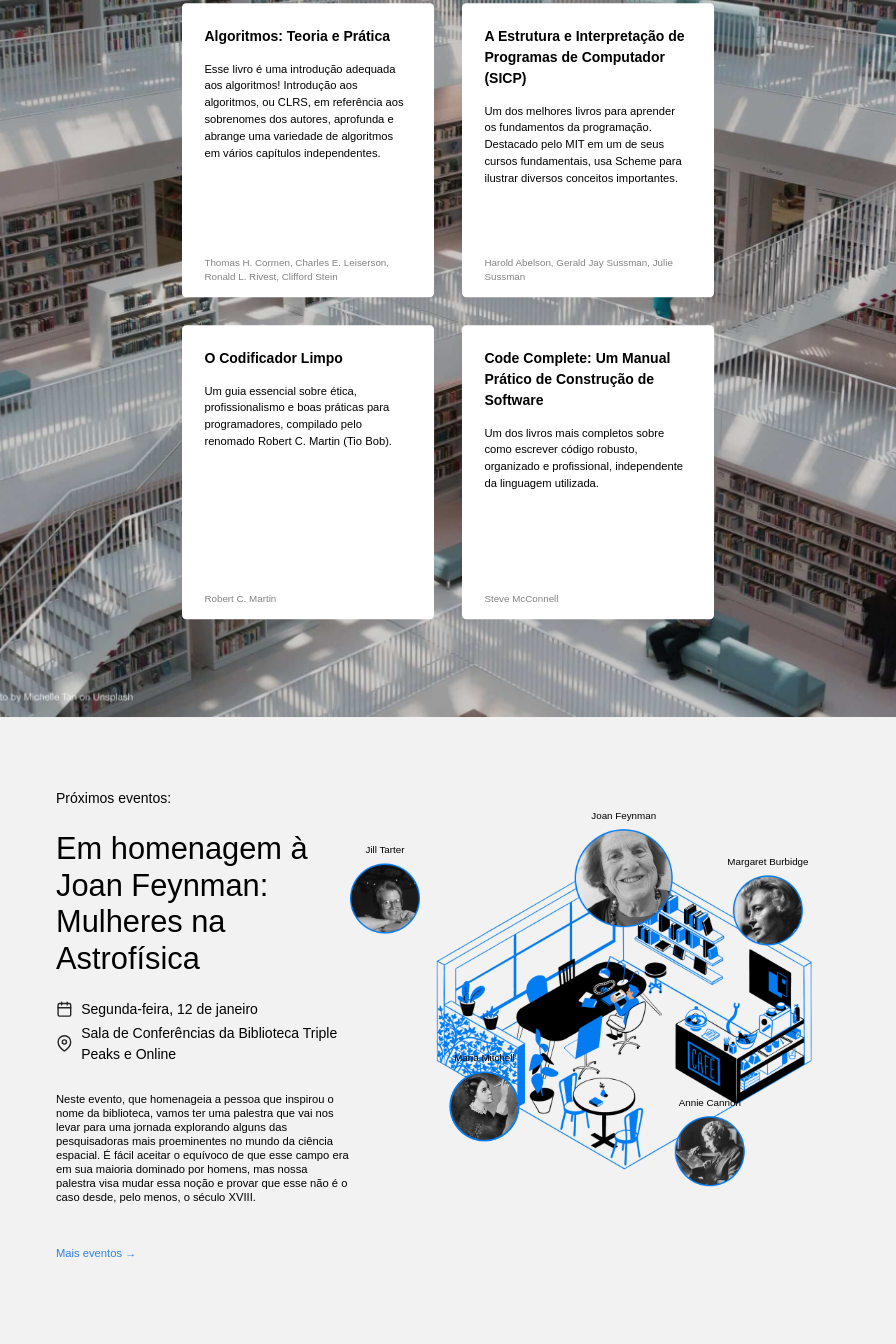
Repository: thainagomesc/web_project_library_pt
Page: index.html
These files come from the project's save history. The page is drawn as it stood at one moment and after the next save; the edit follows.
The browser window is 1280 px wide. The pictures show the part of the page from y = 962 to 2882 px (the page is 2882 px tall), at 70% of full size.

Above is the page before, as saved 2025-12-28 21:14:44.

After the next save:
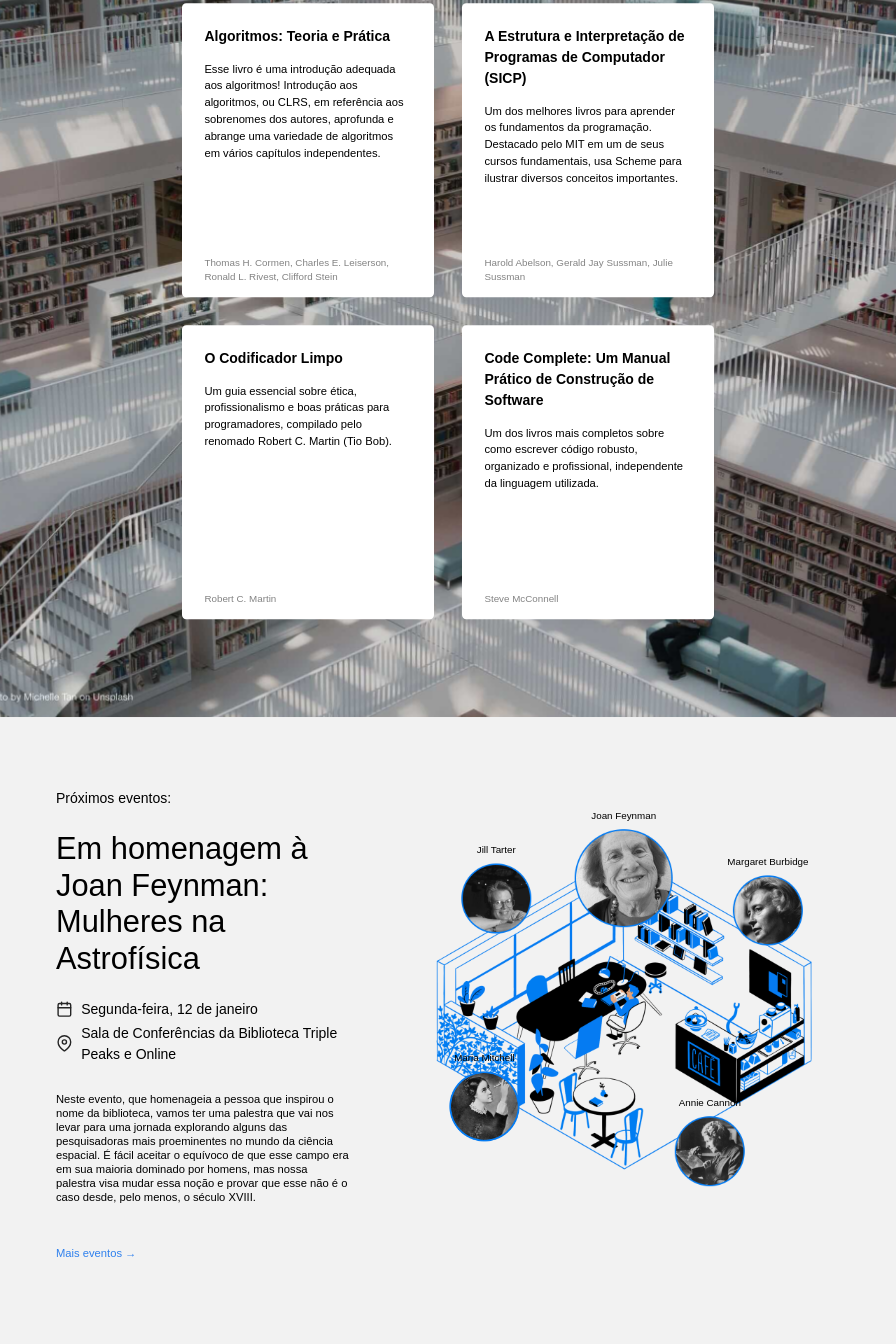
Saved 14 s later.
--- a/styles/style.css
+++ b/styles/style.css
@@ -274,7 +274,7 @@
   top: 79px;
   right: auto;
   bottom: auto;
-  left: 159;
+  left: 159px;
 }
 
 .person__image {
